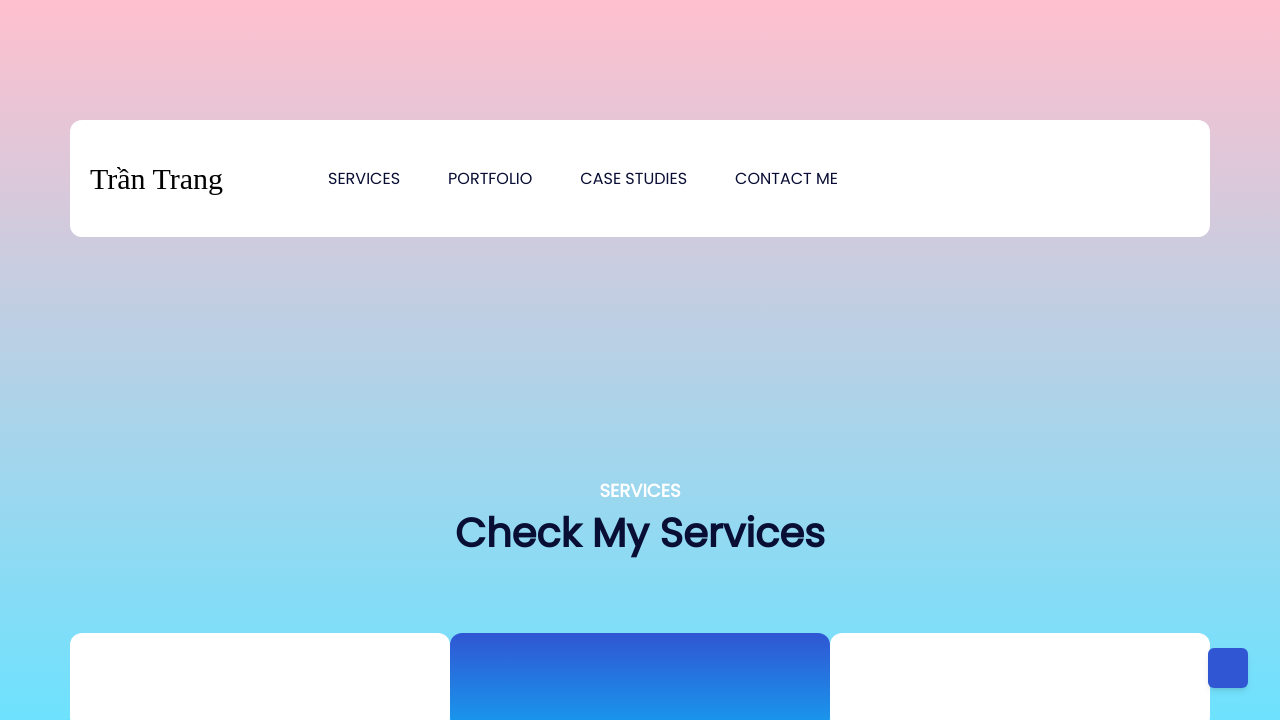
Repository: trantrang2101/CV
Page: index.html
These files come from the project's save history. The page is drawn as it stood at one moment and after the next save; the edit follows.
The browser window is 1280 px wide. The pictures show the whole page.
An inner scrolling area shows only its first screen. Some web fonts or font styles are not loaded; a fallback is used.

Above is the page before, as saved 2022-07-13 19:18:41.
Console error: TypeError: Cannot read properties of null (reading 'offsetTop')

After the next save:
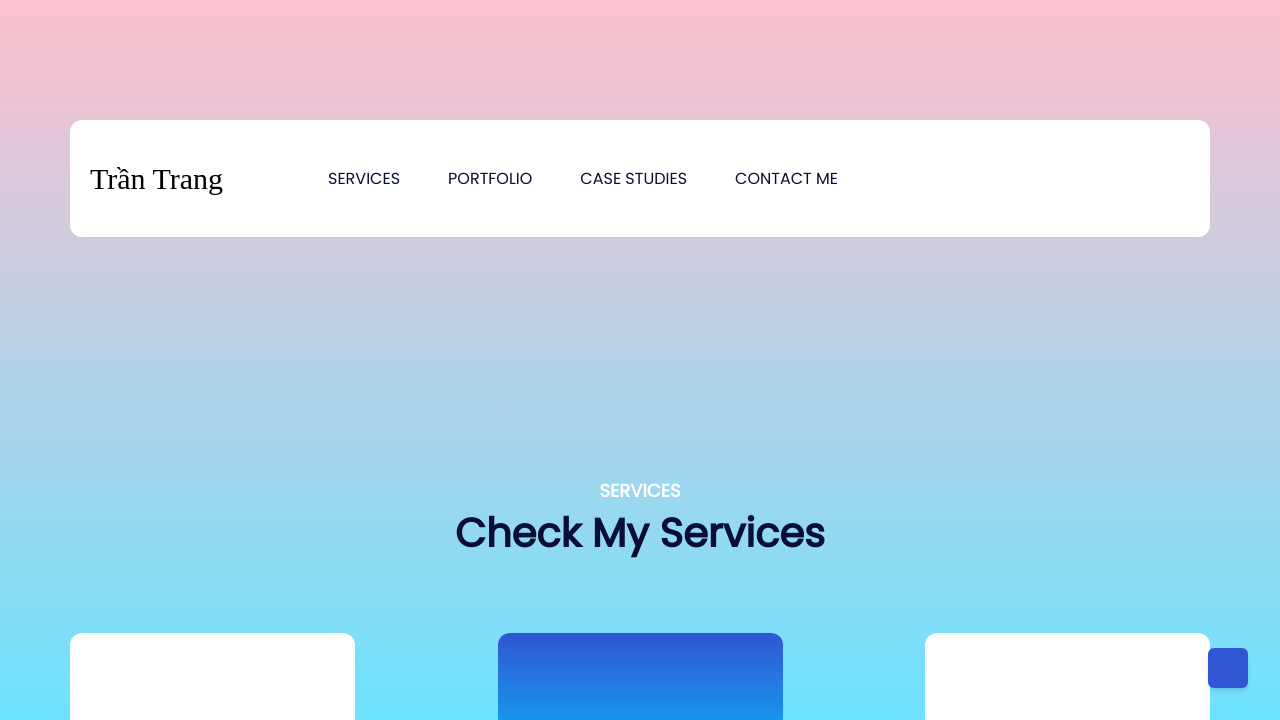
Saved 23 s later.
--- a/index.html
+++ b/index.html
@@ -89,19 +89,19 @@
             </div>
 
             <div class="flex flex-wrap justify-between items-center justify-center">
-                <div class="w-full md:w-1/2 lg:w-1/3">
+                <div class="w-full md:w-1/3 lg:w-1/4">
                     <div class="bg-white rounded-xl relative z-10 overflow-hidden border border-primary border-opacity-20 shadow-pricing py-10 px-8 sm:p-12 lg:py-10 lg:px-6 xl:p-12 mb-10 text-center wow fadeInUp"
                         data-wow-delay=".15s" style="visibility: visible; animation-delay: 0.15s">
 
                     </div>
                 </div>
-                <div class="w-full md:w-1/2 lg:w-1/3">
+                <div class="w-full md:w-1/3 lg:w-1/4">
                     <div class="bg-primary bg-gradient-to-b from-primary to-[#179BEE] rounded-xl relative z-10 overflow-hidden shadow-pricing py-10 px-8 sm:p-12 lg:py-10 lg:px-6 xl:p-12 mb-10 text-center wow fadeInUp"
                         data-wow-delay=".1s" style="visibility: visible; animation-delay: 0.1s">
 
                     </div>
                 </div>
-                <div class="w-full md:w-1/2 lg:w-1/3">
+                <div class="w-full md:w-1/3 lg:w-1/4">
                     <div class="bg-white rounded-xl relative z-10 overflow-hidden border border-primary border-opacity-20 shadow-pricing py-10 px-8 sm:p-12 lg:py-10 lg:px-6 xl:p-12 mb-10 text-center wow fadeInUp"
                         data-wow-delay=".15s" style="visibility: visible; animation-delay: 0.15s">
 

After the save that followed:
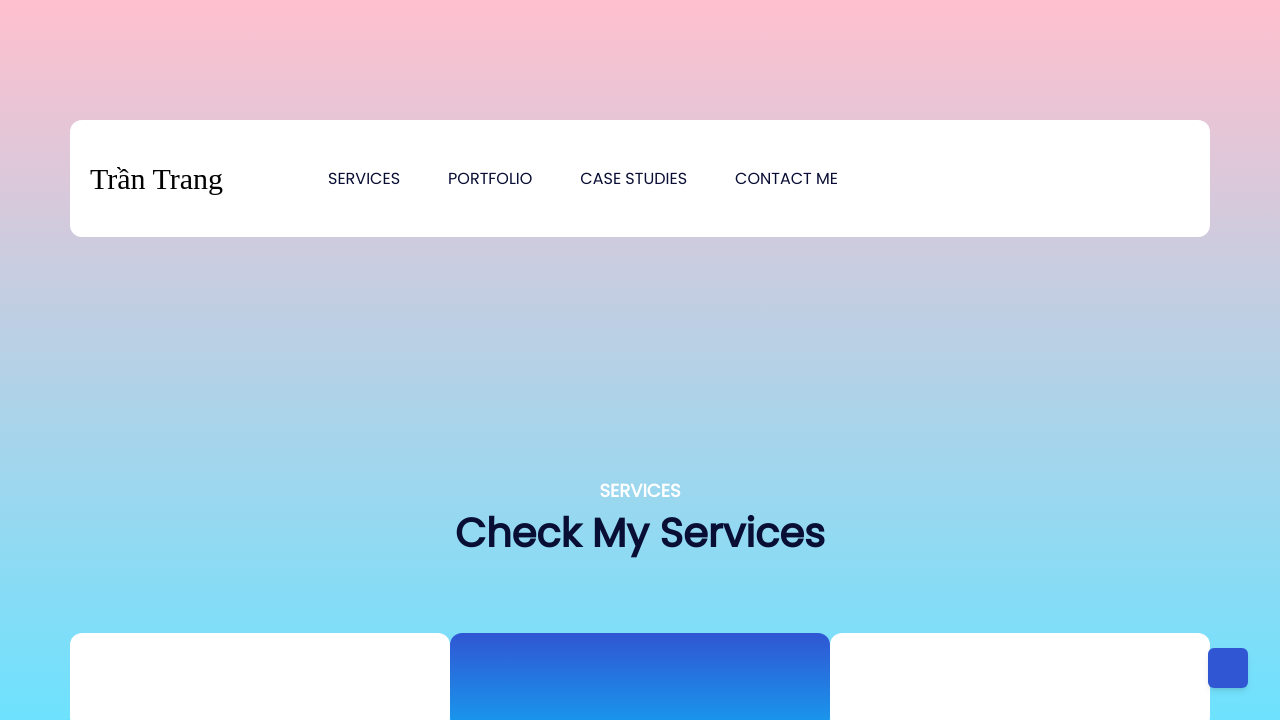
Saved 7 s later.
--- a/index.html
+++ b/index.html
@@ -89,19 +89,19 @@
             </div>
 
             <div class="flex flex-wrap justify-between items-center justify-center">
-                <div class="w-full md:w-1/3 lg:w-1/4">
+                <div class="w-full md:w-1/2 lg:w-1/3">
                     <div class="bg-white rounded-xl relative z-10 overflow-hidden border border-primary border-opacity-20 shadow-pricing py-10 px-8 sm:p-12 lg:py-10 lg:px-6 xl:p-12 mb-10 text-center wow fadeInUp"
                         data-wow-delay=".15s" style="visibility: visible; animation-delay: 0.15s">
 
                     </div>
                 </div>
-                <div class="w-full md:w-1/3 lg:w-1/4">
+                <div class="w-full md:w-1/2 lg:w-1/3">
                     <div class="bg-primary bg-gradient-to-b from-primary to-[#179BEE] rounded-xl relative z-10 overflow-hidden shadow-pricing py-10 px-8 sm:p-12 lg:py-10 lg:px-6 xl:p-12 mb-10 text-center wow fadeInUp"
                         data-wow-delay=".1s" style="visibility: visible; animation-delay: 0.1s">
 
                     </div>
                 </div>
-                <div class="w-full md:w-1/3 lg:w-1/4">
+                <div class="w-full md:w-1/2 lg:w-1/3">
                     <div class="bg-white rounded-xl relative z-10 overflow-hidden border border-primary border-opacity-20 shadow-pricing py-10 px-8 sm:p-12 lg:py-10 lg:px-6 xl:p-12 mb-10 text-center wow fadeInUp"
                         data-wow-delay=".15s" style="visibility: visible; animation-delay: 0.15s">
 
